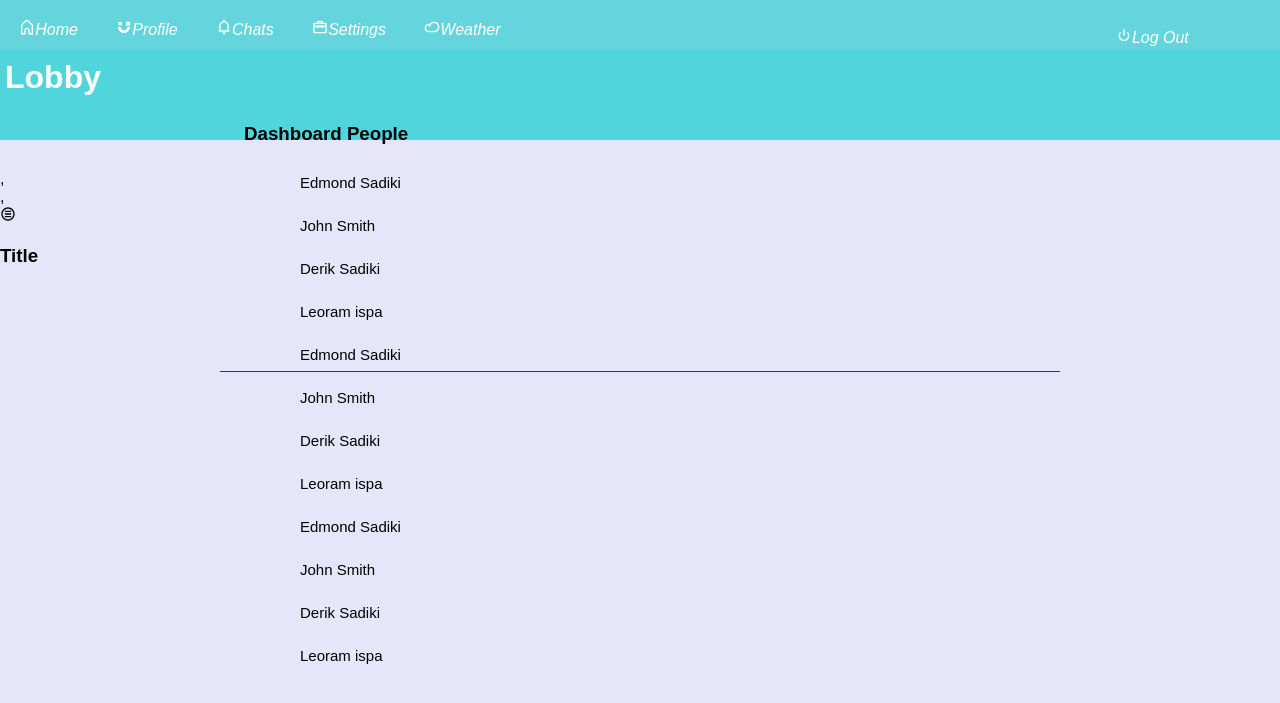
Repository: deriksadiki/react-routes-v6
Page: /signin
An editor plug-in stored every save of this project. The page is shown before and after the next save, followed by the edit.
The browser window is 1280 px wide. The pictures show the whole page.
The project was rebuilt for these pictures with package versions that can differ from the ones it lists, and the page was loaded fresh each time. Also part of the build but not shown: src/Components/topbar/OfflineNav.js, src/App.css, src/Components/Login/Login.js, src/Components/Profile/Profile.js, src/Components/SIgnup/SIgnup.js.

Above is the page before, as saved 2021-11-19 22:07:15.

### src/App.js
import Topbar from './Components/topbar/Topbar';
import './App.css';
import AuthRoutes from './Auth/Routes';


//functional programing
function App() {
  return (
    <div>
    <AuthRoutes/>,
    <Topbar/>
    </div>
  );
}

export default App;

### src/Components/topbar/Topbar.js
import "./topbar.css";
import Navigation from "./Navigation";
import MobileTopBar from './MobileTopBar';
export default function Topbar(){
// Desktop and Mobile NavBar
    return(
      <nav className='Topbar'>
           <Navigation/>,
           <MobileTopBar/>
      </nav>
    );
}

### src/Auth/Routes.js

import React, { useState } from 'react'
import { BrowserRouter as Router, Route, Routes } from 'react-router-dom'

//components
import Home from '../Components/Home/Home';
import Login from '../Components/Login/Login';
import Profile from '../Components/Profile/Profile';
import SIgnup from '../Components/SIgnup/SIgnup';


const AuthRoutes = () =>{
    const [loginState, setLoginState] = useState(true)
    return(
//Router
        <Router>
            {
            loginState ?
            //Online Handler
                <Routes>
                <Route exact path="*" element={<Home/>}/>
                <Route exact path="/Home" element={<Home/>}/>
                <Route exact path="/Profile" element={<Profile/>}/>

                </Routes>
            :
            //Offline Handler
                <Routes>
                    <Route exact path="*" element={<Login/>}/>
                    <Route exact path="/Signup" element={<SIgnup/>}/>
                    <Route exact path="/Login" element={<Login/>}/>
                </Routes>
            }
        </Router>
    )
}

export default AuthRoutes;

### src/Components/topbar/topbar.css
/*Mobile*/
@media (max-width: 900px) {
  .Navigation{
    display: none;
  }
  /*Nav Content*/
  .MobileTopBar{
    display: flex;
    background: rgb(100,212,221);
    align-items: center;
    width: 100%;
    height: 60px;
    position: fixed;
    top: 0;
    left: 0;
    border-bottom: white 1px ridge;
  }
  /*Open Menu Bar*/
  .MobileTopBar .menubtn{
    position: absolute;
    right: 5%;
    padding: 8px;
    cursor: pointer;
    font-size: 1.5rem;
  }
  /*Close Menu Bar*/
  .MobileTopBar .closebtn{
    position: absolute;
    right: 5%;
    padding: 8px;
    cursor: pointer;
    font-size: 1.5rem;
  }
  /*Hover Open Menu Bar*/
  .MobileTopBar .fa-bars:hover{
    color: blueviolet;
    background: white;
  }
  /*Links*/
  .MobileTopBar span i{
    color: rgb(255, 254, 254);
    font-size: 1rem;
    padding: 10px;
  }
  .MobileTopBar span h4{
    color: antiquewhite;
    font-size:1rem
  }
  /*Links Content*/
  .MobileTopBar .linksContainer {
    display: flex;
    flex-direction: column;
    top: 60px;
    position: absolute;
    left: 0;
    padding: 8px;
    background: #181818;
    width: 100%;
  }
}
/*Computer screen*/
.Navigation{
  width: 100%;
  background: rgb(100,212,221);
  height: 50px;
  top: 0;
  position: fixed;
  left: 0;
}
/*Break none*/
.Navigation .linksContainer br{
  display: none;
}
/*Icons*/
.Navigation span i{
  display: inline-block;
  margin: 1.5vw;
  color: white;
  font-size: 1rem;
}
.Navigation span i:hover{
  border-bottom: 2px solid rgb(255, 255, 255);
  color:black;
  }

/*Sign out button*/
.Navigation .linksContainer .signout{
  position: absolute;
  right: 5%;
  padding: 8px;
  font-size: 1rem;
}

### src/Components/topbar/Navigation.js
import "./topbar.css";

import Status from "./Status";
export default function Navigation(){
    //Desktop and Tablet Navbar
    return(
        <nav className='Navigation'>
        <Status/>
        </nav>
        )}

### src/Components/topbar/MobileTopBar.js
import "./topbar.css";
import { useState } from "react";
//Icons
import {CgMenuRound} from "react-icons/cg";
import {CgClose} from "react-icons/cg";
import NavLinks from "./Status";

export default function MobileTopBar(){

//Toggle close and open Nav For mobile
const [open, setOpen] = useState(false);
const openMenu = <CgMenuRound className='menubtn' onClick={() => setOpen(!open)}/>
const closeMenu = <CgClose className="closebtn" onClick={() => setOpen(!open)}/>
const closeMobileMenu = () => setOpen(false);

    return(
        <nav className='MobileTopBar'>
        {open ? closeMenu: openMenu}
        { open && <NavLinks isMobile={true} closeMobileMenu={closeMobileMenu}/>}
        <div className="titleContent"><h3>Title</h3></div>
        </nav>
 )}

### src/Components/Home/Home.js
import "./home.css";
import {Link} from 'react-router-dom'


export default function Home(){


    return(

        <div className="page">
        <br></br>
        <br></br>
        <br></br>
            <h1>
            Lobby
            </h1>

            <div ClassName="searchbar">
            <Link to="/search"><i className="fas fa-search"></i>
            </Link>
            </div>
            <div id="friends">
                <br></br>
                <h3>Dashboard People</h3>
                <ul>
                    <li> <i className="fas fa-user-circle"></i>Edmond Sadiki</li>
                    <li><i className="fas fa-user-circle"></i>John Smith</li>
                    <li> <i className="fas fa-user-circle"></i>Derik Sadiki</li>
                    <li> <i className="fas fa-user-circle"></i>Leoram ispa</li>
                    <li> <i className="fas fa-user-circle"></i>Edmond Sadiki</li>
                    <li><i className="fas fa-user-circle"></i>John Smith</li>
                    <li> <i className="fas fa-user-circle"></i>Derik Sadiki</li>
                    <li> <i className="fas fa-user-circle"></i>Leoram ispa</li>
                    <li> <i className="fas fa-user-circle"></i>Edmond Sadiki</li>
                    <li><i className="fas fa-user-circle"></i>John Smith</li>
                    <li> <i className="fas fa-user-circle"></i>Derik Sadiki</li>
                    <li> <i className="fas fa-user-circle"></i>Leoram ispa</li>
                </ul>

            </div>
        </div>
    );
}

### src/Components/topbar/Status.js
import OnlineNav from "./OnlineNav";
import OfflineNav from "./OfflineNav";
import { BrowserRouter as Router, Route, Routes } from 'react-router-dom'
import React, { useState } from 'react'


const Status = () =>{
    const [loginState, setLoginState] = useState(true)

        return(
            <Router>
                {
                    loginState ?
                    <Routes>
                    <Route exact path="*" element={<OnlineNav/>}/>
                    </Routes>
                :
                    <Routes>
                        <Route exact path="*" element={<OfflineNav/>}/>
                    </Routes>
    }
            </Router>
        )
    }

    export default Status;

### src/Components/Home/home.css
body{
    font-family: 'Nunito', sans-serif;
  }
  .page {
      height: 140px;
      background: rgba(0, 204, 204, 0.651);
      position:inherit;
      margin-bottom: 30px;
   }
  .page .fa-search{
    font-size: 1.5rem;
    margin: 5px;
    cursor: pointer;
      position: absolute;
      top: 90px;
      right: 10px;

  }
  #friends{
    height: 270px;
    position:inherit;
    border-bottom:purple ridge 1px;
    margin: 0 auto;
    max-width: 800px;
    padding: 0 20px;
  }
  #friends h3{
  margin: 4px;
  }
  #friends ul li{
    list-style: none;
    font-size: 15px;
    margin: 5px;
    padding: 5px;
    cursor: pointer;
  }
  #friends .fa-user-circle{
    margin: 5px;
    font-size: 1.5rem;
  }
  .page .fa-search:hover{
  color: white;
  }
  .page input{
     background:purple;
     padding: 5px;
     margin: 5px;
     color: white;
     width: 80%;

  }
  .page input::placeholder{
    color:white ;
  }
  .page h1{
    color: rgb(255, 255, 255);
    margin: 5px;
  }
   body {
     background-color: lavender;
   }

   @media screen and (min-width: 400px) {
     body {
       background-color: lavender   }
   }

   @media screen and (min-width: 800px) {
     body {
       background-color: lavender;
     }
   }

### src/Components/topbar/OnlineNav.js
import React from 'react'
import './topbar.css'
/*Online Nav Bar*/
//Topbar Icons
import {NavLink} from 'react-router-dom'
import {CgCloud, CgHome} from "react-icons/cg";
import {CgUserlane} from "react-icons/cg";
import {CgBell} from "react-icons/cg";
import {CgToolbox} from "react-icons/cg";
import {CgLogOff} from "react-icons/cg";
function OnlineNav(props) {
    //Topbar navlinks Online
    return (
        <div>
            <div className="linksContainer">
                    <NavLink to="/home" activeStyle={{color: 'black'}} exact onClick={() => props.isMobile && props.closeMobileMenu()}><span><i><CgHome/>Home</i></span>
                    </NavLink>
                    <br></br>
                    <NavLink to="/profile" activeStyle={{color: 'black'}} onClick={() => props.isMobile && props.closeMobileMenu()} ><span><i ><CgUserlane/>Profile</i></span>
                    </NavLink>
                    <br></br>
                    <NavLink to="/chat" activeStyle={{color: 'black'}} onClick={() => props.isMobile && props.closeMobileMenu()} ><span><i><CgBell/>Chats</i></span>
                    </NavLink>
                    <br></br>
                    <NavLink to="/settings" activeStyle={{color: 'black'}} onClick={() => props.isMobile && props.closeMobileMenu()} ><span><i><CgToolbox />Settings</i></span>
                    </NavLink>
                    <br></br>
                    <NavLink to="/weather" activeStyle={{color: 'black'}} onClick={() => props.isMobile && props.closeMobileMenu()} ><span><i><CgCloud />Weather</i></span>
                    </NavLink>
                    <br></br>
                    <NavLink to="/signin" activeStyle={{color: 'black'}} onClick={() => props.isMobile && props.closeMobileMenu()} ><span className="signout"><i><CgLogOff />Log Out</i></span>
                    </NavLink>
                    </div>
        </div>
    )
}

export default OnlineNav

Loaded but not shown: public/index.html (common file); src/index.js (common file); src/index.css (common file)

After the next save:
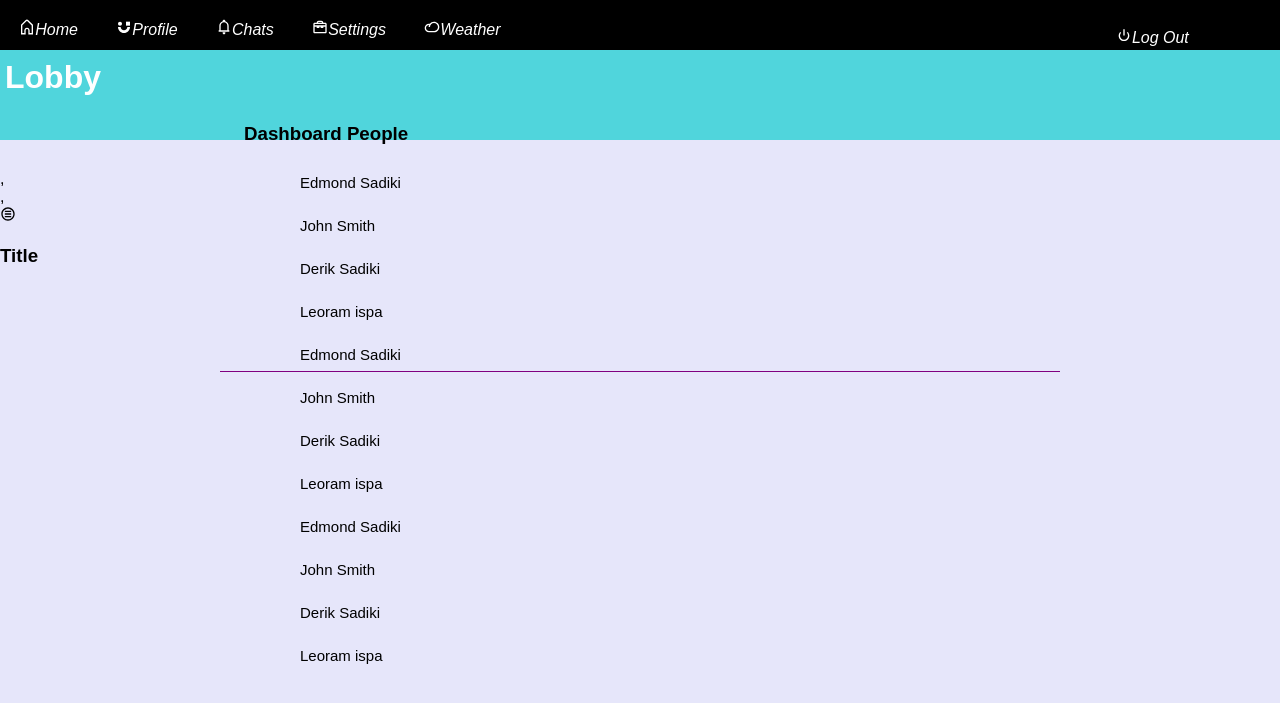
Saved 61 s later.
--- a/src/Components/topbar/topbar.css
+++ b/src/Components/topbar/topbar.css
@@ -61,7 +61,7 @@
 /*Computer screen*/
 .Navigation{
   width: 100%;
-  background: rgb(100,212,221);
+  background: rgb(0, 0, 0);
   height: 50px;
   top: 0;
   position: fixed;

After the save that followed:
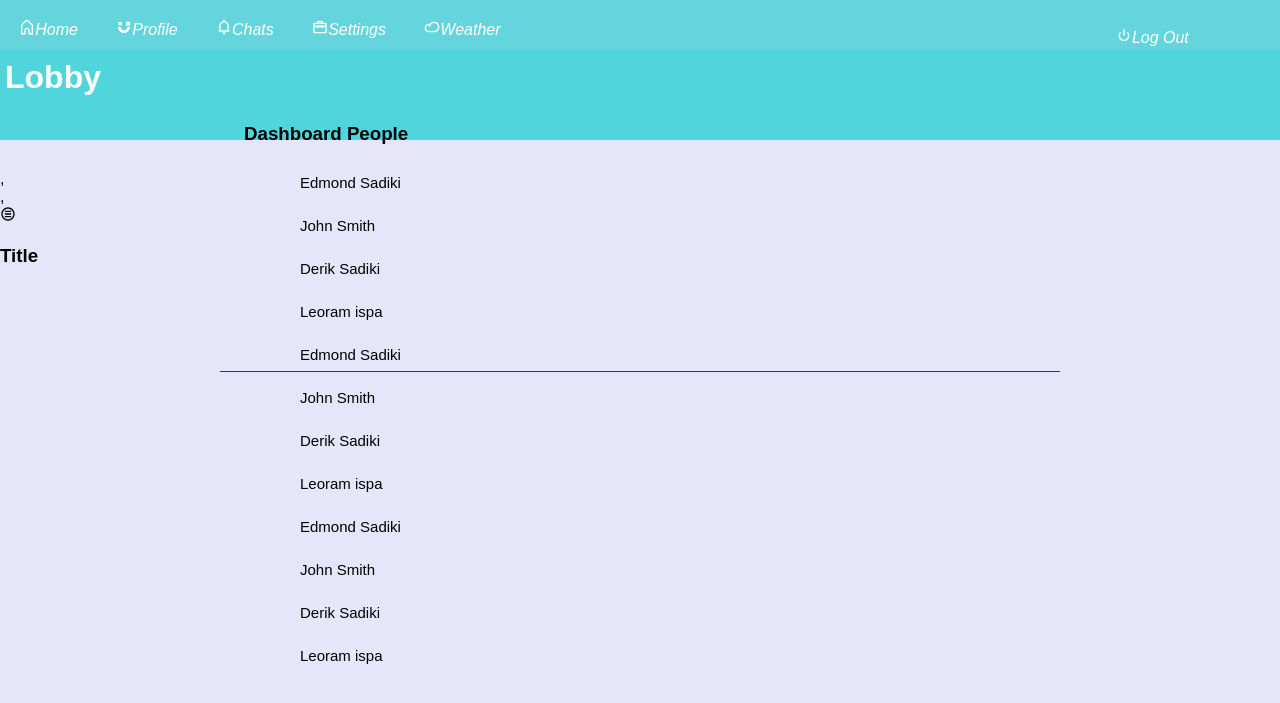
Saved 8 s later.
--- a/src/Components/topbar/topbar.css
+++ b/src/Components/topbar/topbar.css
@@ -61,7 +61,7 @@
 /*Computer screen*/
 .Navigation{
   width: 100%;
-  background: rgb(0, 0, 0);
+  background: rgb(100,212,221);
   height: 50px;
   top: 0;
   position: fixed;
